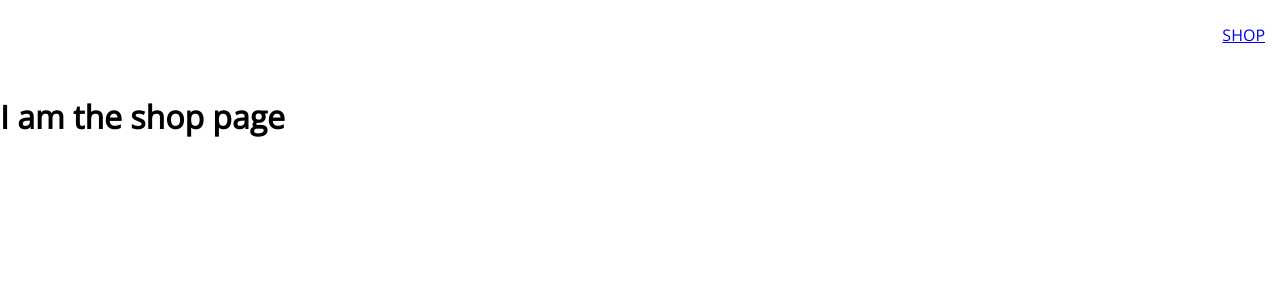
Repository: navetisyan/crwn-clothing-v2
Page: /shop
These files come from the project's save history. The page is drawn as it stood at one moment and after the next save; the edit follows.
The browser window is 1280 px wide. The pictures show the whole page.
The project was rebuilt for these pictures with package versions that can differ from the ones it lists, and the page was loaded fresh each time. Also part of the build but not shown: src/utils/firebase/firebase.utils.js, src/routes/sign-in/sign-in.component.jsx. Imported but missing from the stored project, and not drawn on this page: src/reportWebVitals, src/routes/home/home.component.

Above is the page before, as saved 2022-08-20 23:25:01.

After the next save:
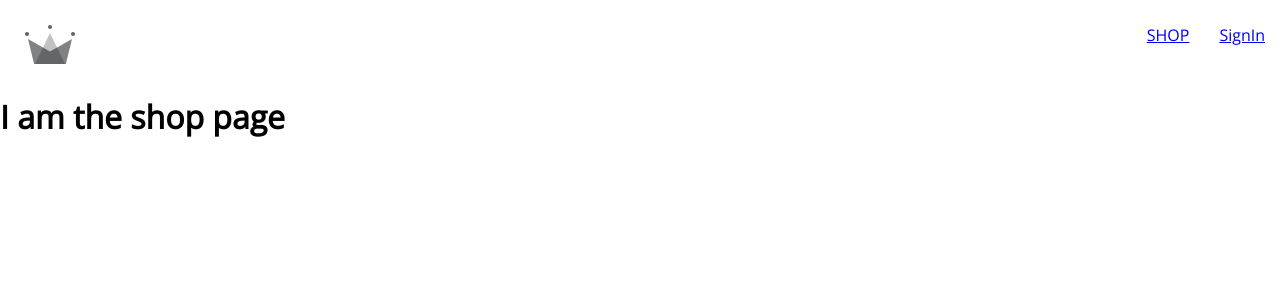
Saved 27 s later.
--- a/src/routes/navigation/navigation.component.jsx
+++ b/src/routes/navigation/navigation.component.jsx
@@ -1,7 +1,7 @@
 import { Fragment } from "react";
 import { Outlet, Link } from "react-router-dom";
 
-//import { ReactComponent as CrwnLogo } from "../../assets/crown.svg";
+import { ReactComponent as CrwnLogo } from "../../assets/crown.svg";
 
 import "./navigation.styles.scss";
 
@@ -9,10 +9,15 @@ const Navigation = () => {
   return (
     <Fragment>
       <div className="navigation">
-        <Link className="logo-container" to="/"></Link>
+        <Link className="logo-container" to="/">
+          <CrwnLogo className="logo" />
+        </Link>
         <div className="nav-links-container">
           <Link className="nav-link" to="/shop">
             SHOP
+          </Link>
+          <Link className="nav-link" to="/signIn">
+            SignIn
           </Link>
         </div>
       </div>
